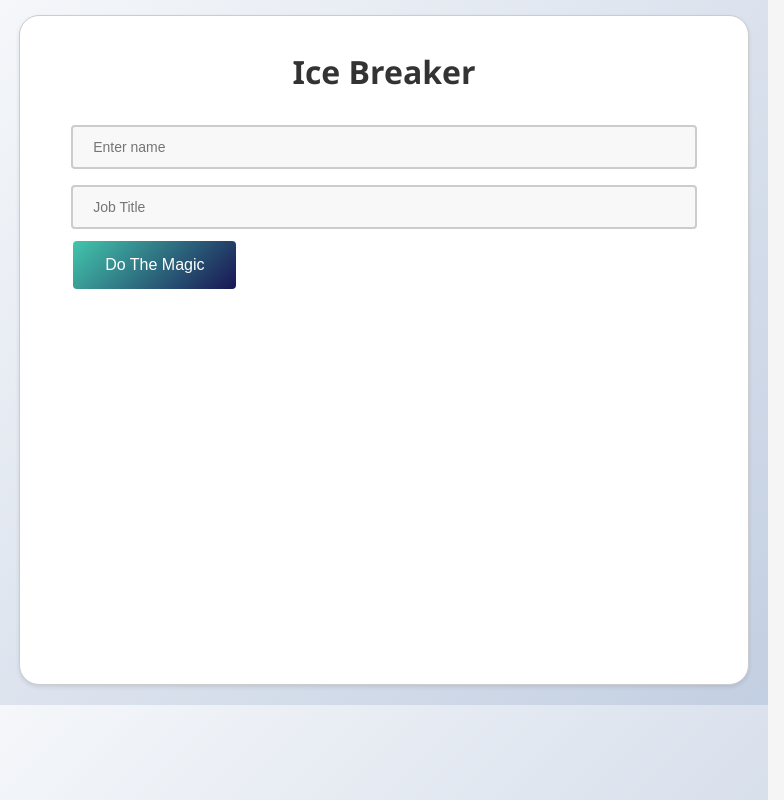
Repository: kunal02kb/Minor-Project-LangCahin
Page: http://localhost/
The author's editor kept a copy of each file at every save. The page is drawn from the files as they stood at one save, then again after the next save.
The browser window is 768 px wide. The page is 768 px wide, then 784 px, then 768 px, so the pictures cover 784 px, including what lies to the right of the window. The pictures show the whole page.
Some web libraries are served in a nearby version. The page is served by the project's application, run on Flask 3 (app.py).

Above is the page before, as saved 2023-10-17 14:23:08.

After the next save:
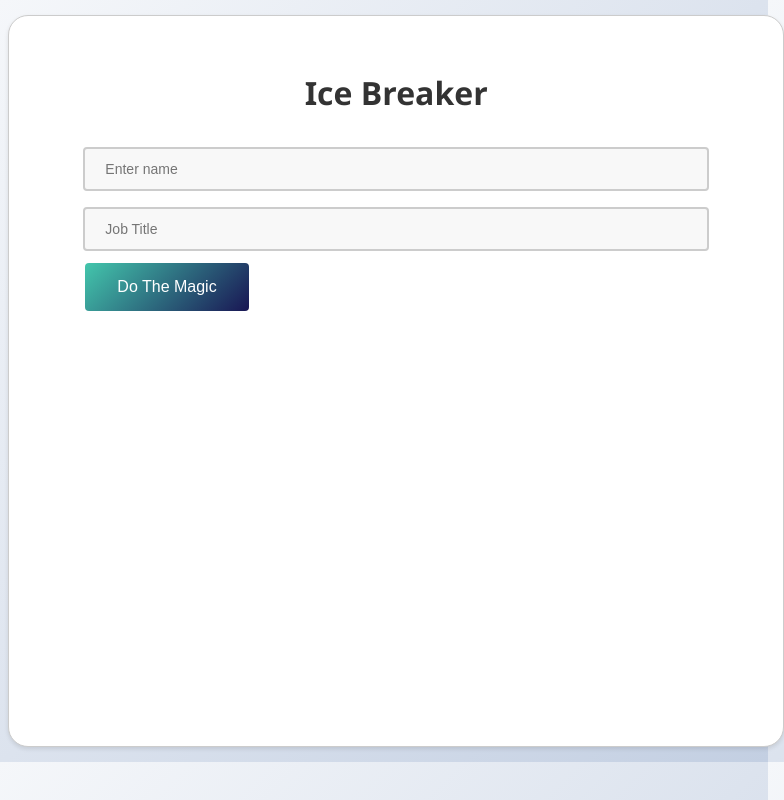
Saved 2 min 22 s later.
--- a/static/css/style.css
+++ b/static/css/style.css
@@ -1,4 +1,4 @@
-.navbar {
+/* .navbar {
     transition: all 0.4s;
 }
 
@@ -47,7 +47,7 @@
     .navbar .navbar-brand, .navbar .nav-link {
         color: #555;
     }
-}
+} */
 
 
 

After the save that followed:
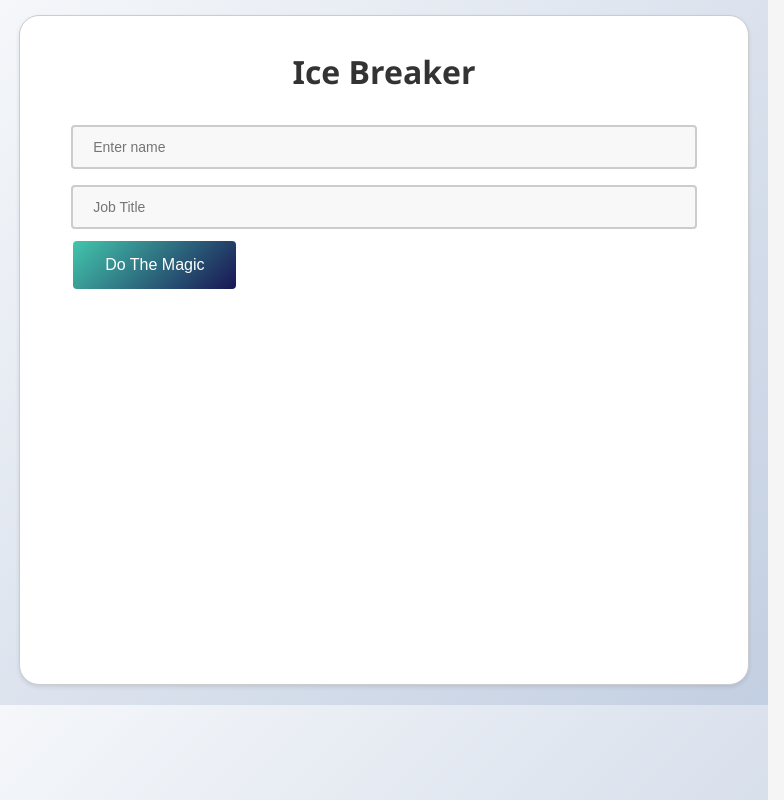
Saved 76 s later.
--- a/static/css/style.css
+++ b/static/css/style.css
@@ -1,57 +1,3 @@
-/* .navbar {
-    transition: all 0.4s;
-}
-
-.navbar .nav-link {
-    color: #fff;
-}
-
-.navbar .nav-link:hover,
-.navbar .nav-link:focus {
-    color: #fff;
-    text-decoration: none;
-}
-
-.navbar .navbar-brand {
-    color: #fff;
-}
-
-
-/* Change navbar styling on scroll */
-.navbar.active {
-    background: #fff;
-    box-shadow: 1px 2px 10px rgba(0, 0, 0, 0.1);
-}
-
-.navbar.active .nav-link {
-    color: #555;
-}
-
-.navbar.active .nav-link:hover,
-.navbar.active .nav-link:focus {
-    color: #555;
-    text-decoration: none;
-}
-
-.navbar.active .navbar-brand {
-    color: #555;
-}
-
-
-/* Change navbar styling on small viewports */
-@media (max-width: 991.98px) {
-    .navbar {
-        background: #fff;
-    }
-
-    .navbar .navbar-brand, .navbar .nav-link {
-        color: #555;
-    }
-} */
-
-
-
-
 
 * {
     box-sizing: border-box;
